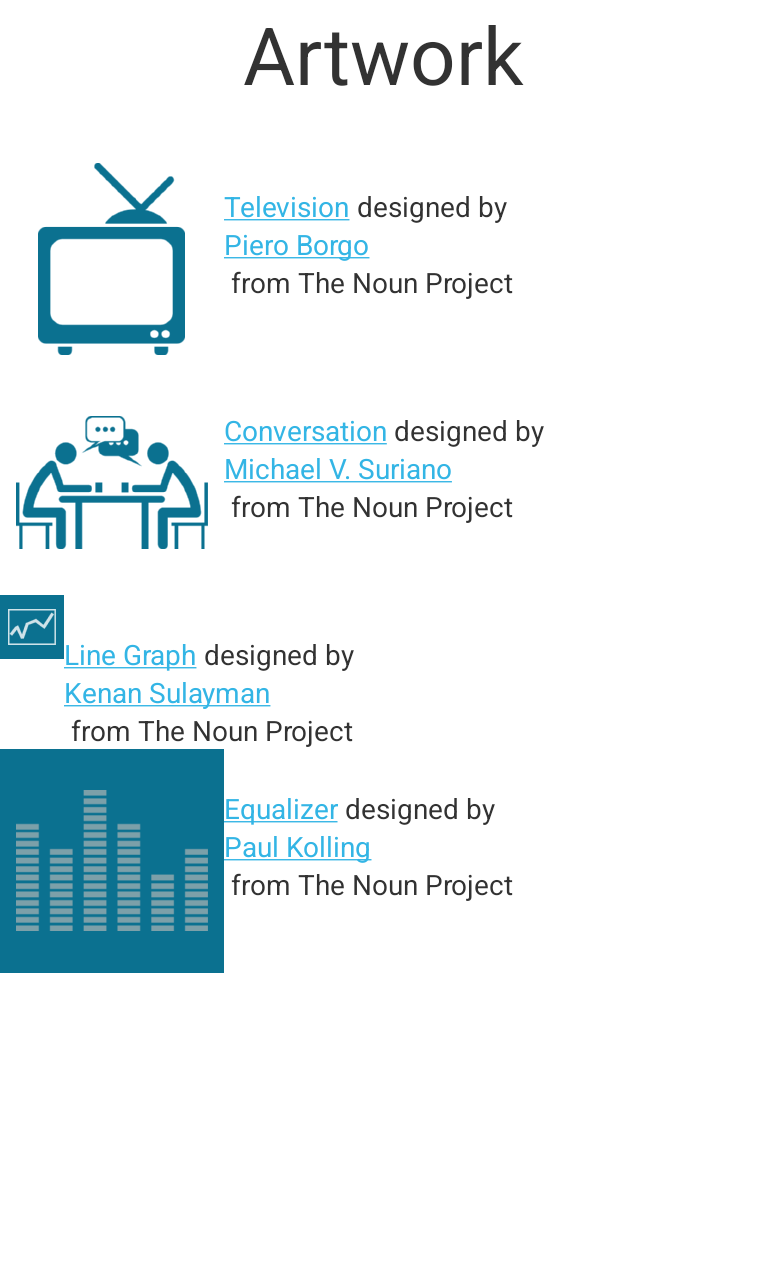
Repository: jmd33/capstone
Layout: Hearing Test/res/layout/artwork.xml
The author's editor kept a copy of each file at every save. The layout is drawn from the files as they stood at one save, then again after the next save.
It is drawn on a 768 x 1280 px phone screen (xhdpi) without system bars, with theme ThemeLight; the app's code is not run.

Above is the layout before, as saved 2013-05-21 00:57:40.

### Hearing Test/res/layout/artwork.xml
<?xml version="1.0" encoding="utf-8"?>
<LinearLayout xmlns:android="http://schemas.android.com/apk/res/android"
    android:layout_width="match_parent"
    android:layout_height="match_parent"
    android:orientation="vertical" >

    <ScrollView
        android:id="@+id/scrollView1"
        android:layout_width="match_parent"
        android:layout_height="wrap_content" >

        <LinearLayout
            android:layout_width="match_parent"
            android:layout_height="match_parent"
            android:orientation="vertical" >

            <TextView
                android:id="@+id/textView1"
                android:layout_width="wrap_content"
                android:layout_height="wrap_content"
                android:layout_gravity="center"
                android:layout_marginBottom="20dp"
                android:text="Artwork"
                android:textSize="40dp" />

            <LinearLayout
                android:layout_width="fill_parent"
                android:layout_height="wrap_content"
                android:orientation="horizontal" >

                <ImageView
                    android:id="@+id/iv_icon_1"
                    android:layout_width="wrap_content"
                    android:layout_height="wrap_content"
                    android:src="@drawable/ic_tv" />

                <LinearLayout
                    android:layout_width="wrap_content"
                    android:layout_height="wrap_content"
                    android:layout_marginTop="20dp"
                    android:orientation="vertical" >

                    <LinearLayout
                        android:layout_width="fill_parent"
                        android:layout_height="wrap_content"
                        android:orientation="horizontal" >

                        <TextView
                            android:id="@+id/tv_ic_tv_attr"
                            android:layout_width="wrap_content"
                            android:layout_height="wrap_content"
                            android:linksClickable="true"
                            android:text="@string/ic_tv_icon_link" />

                        <TextView
                            android:id="@+id/tv_ic_tv_attr2"
                            android:layout_width="wrap_content"
                            android:layout_height="wrap_content"
                            android:linksClickable="true"
                            android:text="@string/designed_by" />
                    </LinearLayout>

                    <LinearLayout
                        android:layout_width="fill_parent"
                        android:layout_height="wrap_content"
                        android:orientation="horizontal" >

                        <TextView
                            android:id="@+id/tv_ic_tv_attr3"
                            android:layout_width="wrap_content"
                            android:layout_height="wrap_content"
                            android:linksClickable="true"
                            android:text="@string/ic_tv_author_link" />
                    </LinearLayout>

                    <LinearLayout
                        android:layout_width="fill_parent"
                        android:layout_height="wrap_content"
                        android:orientation="horizontal" >

                        <TextView
                            android:id="@+id/tv_ic_tv_attr4"
                            android:layout_width="wrap_content"
                            android:layout_height="wrap_content"
                            android:linksClickable="true"
                            android:text="@string/tnp" />
                    </LinearLayout>
                </LinearLayout>
            </LinearLayout>

            <LinearLayout
                android:layout_width="fill_parent"
                android:layout_height="wrap_content"
                android:orientation="horizontal" >

                <ImageView
                    android:id="@+id/iv_icon_1"
                    android:layout_width="wrap_content"
                    android:layout_height="wrap_content"
                    android:src="@drawable/ic_conversation" />

                <LinearLayout
                    android:layout_width="wrap_content"
                    android:layout_height="wrap_content"
                    android:layout_marginTop="20dp"
                    android:orientation="vertical" >

                    <LinearLayout
                        android:layout_width="fill_parent"
                        android:layout_height="wrap_content"
                        android:orientation="horizontal" >

                        <TextView
                            android:id="@+id/tv_ic_conversation_attr"
                            android:layout_width="wrap_content"
                            android:layout_height="wrap_content"
                            android:linksClickable="true"
                            android:text="@string/ic_conversation_icon_link" />

                        <TextView
                            android:id="@+id/tv_ic_tv_attr2"
                            android:layout_width="wrap_content"
                            android:layout_height="wrap_content"
                            android:linksClickable="true"
                            android:text="@string/designed_by" />
                    </LinearLayout>

                    <LinearLayout
                        android:layout_width="fill_parent"
                        android:layout_height="wrap_content"
                        android:orientation="horizontal" >

                        <TextView
                            android:id="@+id/tv_ic_tv_attr3"
                            android:layout_width="wrap_content"
                            android:layout_height="wrap_content"
                            android:linksClickable="true"
                            android:text="@string/ic_conversation_author_link" />
                    </LinearLayout>

                    <LinearLayout
                        android:layout_width="fill_parent"
                        android:layout_height="wrap_content"
                        android:orientation="horizontal" >

                        <TextView
                            android:id="@+id/tv_ic_tv_attr4"
                            android:layout_width="wrap_content"
                            android:layout_height="wrap_content"
                            android:linksClickable="true"
                            android:text="@string/tnp" />
                    </LinearLayout>
                </LinearLayout>
            </LinearLayout>

            <LinearLayout
                android:layout_width="fill_parent"
                android:layout_height="wrap_content"
                android:orientation="horizontal" >

                <ImageView
                    android:id="@+id/iv_icon_1"
                    android:layout_width="wrap_content"
                    android:layout_height="wrap_content"
                    android:background="@color/dark_blue"
                    android:src="@drawable/ic_action_graph" />

                <LinearLayout
                    android:layout_width="wrap_content"
                    android:layout_height="wrap_content"
                    android:layout_marginTop="20dp"
                    android:orientation="vertical" >

                    <LinearLayout
                        android:layout_width="fill_parent"
                        android:layout_height="wrap_content"
                        android:orientation="horizontal" >

                        <TextView
                            android:id="@+id/tv_ic_linegraph_attr"
                            android:layout_width="wrap_content"
                            android:layout_height="wrap_content"
                            android:linksClickable="true"
                            android:text="@string/ic_linegraph_icon_link" />

                        <TextView
                            android:id="@+id/tv_ic_linegraph_attr2"
                            android:layout_width="wrap_content"
                            android:layout_height="wrap_content"
                            android:linksClickable="true"
                            android:text="@string/designed_by" />
                    </LinearLayout>

                    <LinearLayout
                        android:layout_width="fill_parent"
                        android:layout_height="wrap_content"
                        android:orientation="horizontal" >

                        <TextView
                            android:id="@+id/tv_ic_linegraph_attr3"
                            android:layout_width="wrap_content"
                            android:layout_height="wrap_content"
                            android:linksClickable="true"
                            android:text="@string/ic_linegraph_author_link" />
                    </LinearLayout>

                    <LinearLayout
                        android:layout_width="fill_parent"
                        android:layout_height="wrap_content"
                        android:orientation="horizontal" >

                        <TextView
                            android:id="@+id/tv_ic_tv_attr4"
                            android:layout_width="wrap_content"
                            android:layout_height="wrap_content"
                            android:linksClickable="true"
                            android:text="@string/tnp" />
                    </LinearLayout>
                </LinearLayout>
            </LinearLayout>

               <LinearLayout
                android:layout_width="fill_parent"
                android:layout_height="wrap_content"
                android:orientation="horizontal" >

                <ImageView
                    android:id="@+id/iv_icon_1"
                    android:layout_width="wrap_content"
                    android:layout_height="wrap_content"
                    android:background="@color/dark_blue"
                    android:src="@drawable/ic_eq" />

                <LinearLayout
                    android:layout_width="wrap_content"
                    android:layout_height="wrap_content"
                    android:layout_marginTop="20dp"
                    android:orientation="vertical" >

                    <LinearLayout
                        android:layout_width="fill_parent"
                        android:layout_height="wrap_content"
                        android:orientation="horizontal" >

                        <TextView
                            android:id="@+id/tv_ic_linegraph_attr"
                            android:layout_width="wrap_content"
                            android:layout_height="wrap_content"
                            android:linksClickable="true"
                            android:text="@string/ic_equalizer_icon_link" />

                        <TextView
                            android:id="@+id/tv_ic_equalizer_attr2"
                            android:layout_width="wrap_content"
                            android:layout_height="wrap_content"
                            android:linksClickable="true"
                            android:text="@string/designed_by" />
                    </LinearLayout>

                    <LinearLayout
                        android:layout_width="fill_parent"
                        android:layout_height="wrap_content"
                        android:orientation="horizontal" >

                        <TextView
                            android:id="@+id/tv_ic_equalizer_attr3"
                            android:layout_width="wrap_content"
                            android:layout_height="wrap_content"
                            android:linksClickable="true"
                            android:text="@string/ic_equalizer_author_link" />
                    </LinearLayout>

                    <LinearLayout
                        android:layout_width="fill_parent"
                        android:layout_height="wrap_content"
                        android:orientation="horizontal" >

                        <TextView
                            android:id="@+id/tv_ic_tv_attr4"
                            android:layout_width="wrap_content"
                            android:layout_height="wrap_content"
                            android:linksClickable="true"
                            android:text="@string/tnp" />
                    </LinearLayout>
                </LinearLayout>
            </LinearLayout>
            <!--  -->
        </LinearLayout>
    </ScrollView>

</LinearLayout>

### Hearing Test/res/values-v11/styles.xml
<resources xmlns:android="http://schemas.android.com/apk/res/android">

    <style name="ThemeLight" parent="android:Theme.Holo.Light">
        <item name="android:actionBarStyle">@style/MyActionBar</item>
    </style>

    <style name="MyActionBar" parent="@android:style/Widget.Holo.Light.ActionBar">
        <item name="android:background">@color/dark_blue</item>
        <item name="android:titleTextStyle">@style/ActionBar.TitleTextStyle</item>
    </style>

    <style name="ActionBar.TitleTextStyle" parent="android:style/TextAppearance.Holo.Widget.ActionBar.Title">
        <item name="android:textColor">@color/neutral</item>
    </style>

</resources>

### Hearing Test/res/values/colors.xml
<?xml version="1.0" encoding="utf-8"?>
<resources>

    <color name="dark_blue">#0B7190</color>
    <color name="light_blue">#7CA0A9</color>
    <color name="neutral">#E2E5E5</color>
    <color name="brown">#AB8B7C</color>
    <color name="red">#9D4F48</color>

</resources>

### Hearing Test/res/values/strings.xml
<resources>

    <string name="app_name">Hear Rite</string>
    <string name="welcome">Welcome to Hear Rite!</string>
    <string name="share_subject">Share!</string>
    <string name="share_text">share text</string>
    <string name="share_chooser_text">share chooser text</string>
    <!-- Legal -->
    <string name="terms_of_service">Terms of Service</string>
    <string name="privacy_policy">Privacy Policy</string>
    <string name="libraries">Libraries</string>
    <string name="artwork">Artwork</string>

    <!-- Attribution -->
    <string name="ic_tv_icon_link"><a href="http://thenounproject.com/noun/television/#icon-No2650">Television</a></string>
    <string name="ic_tv_author_link"><a href="http://thenounproject.com/pieroborgo">Piero Borgo</a></string>
    <string name="ic_conversation_icon_link"><a href="http://thenounproject.com/noun/conversation/#icon-No9490">Conversation</a></string>
    <string name="ic_conversation_author_link"><a href="http://thenounproject.com/mvsuriano">Michael V. Suriano</a></string>
    <string name="ic_symptom_icon_link"><a href="http://thenounproject.com/noun/symptom/#icon-No8150">Symptom</a></string>
    <string name="ic_symptom_author_link"><a href="http://thenounproject.com/lemonliu">Lemon Liu</a></string>
    <string name="ic_equalizer_icon_link"><a href="http://thenounproject.com/noun/equalizer/#icon-No9091">Equalizer</a></string>
    <string name="ic_equalizer_author_link"><a href="http://thenounproject.com/pirx">Paul Kolling</a></string>
    <string name="ic_linegraph_icon_link"><a href="http://thenounproject.com/noun/line-graph/#icon-No3519">Line Graph</a></string>
    <string name="ic_linegraph_author_link"><a href="http://thenounproject.com/KenanSulayman">Kenan Sulayman</a></string>


    <string name="ic__icon_link"><a href="http://thenounproject.com/noun/"></a></string>
    <string name="ic__author_link"><a href="http://thenounproject.com/"></a></string>



    <string name="designed_by">" designed by "</string>
    <string name="tnp">" from The Noun Project"</string>

    <string name="androidplot">AndroidPlot</string>
    <string name="android_plot_license">Copyright 2013 AndroidPlot.com Licensed under the Apache License, Version 2.0 (the "License"); you may not use this file except in compliance with the License. You may obtain a copy of the License at http://www.apache.org/licenses/LICENSE-2.0 Unless required by applicable law or agreed to in writing, software distributed under the License is distributed on an "AS IS" BASIS, WITHOUT WARRANTIES OR CONDITIONS OF ANY KIND, either express or implied. See the License for the specific language governing permissions and limitations under the License.</string>


    <string name="terms_of_service_content"><h2>	Web Site Terms and Conditions of Use</h2><h3>	1. Terms</h3><p>	By accessing this web site, you are agreeing to be bound by these
	web site Terms and Conditions of Use, all applicable laws and regulations,
	and agree that you are responsible for compliance with any applicable local
	laws. If you do not agree with any of these terms, you are prohibited from
	using or accessing this site. The materials contained in this web site are
	protected by applicable copyright and trade mark law.</p><h3>	2. Use License</h3></string>

    <!--
<ol>
	<li>
		Permission is granted to temporarily download one copy of the materials
		(information or software) on Hear Rite's web site for personal,
		non-commercial transitory viewing only. This is the grant of a license,
		not a transfer of title, and under this license you may not:

		<ul>
			<li>modify or copy the materials;</li>
			<li>use the materials for any commercial purpose, or for any public display (commercial or non-commercial);</li>
			<li>attempt to decompile or reverse engineer any software contained on Hear Rite's web site;</li>
			<li>remove any copyright or other proprietary notations from the materials; or</li>
			<li>transfer the materials to another person or "mirror" the materials on any other server.</li>
		</ul>
	</li>
	<li>
		This license shall automatically terminate if you violate any of these restrictions and may be terminated by Hear Rite at any time. Upon terminating your viewing of these materials or upon the termination of this license, you must destroy any downloaded materials in your possession whether in electronic or printed format.
	</li>
</ol>

<h3>
	3. Disclaimer
</h3>

<ol>
	<li>
		The materials on Hear Rite's web site are provided "as is". Hear Rite makes no warranties, expressed or implied, and hereby disclaims and negates all other warranties, including without limitation, implied warranties or conditions of merchantability, fitness for a particular purpose, or non-infringement of intellectual property or other violation of rights. Further, Hear Rite does not warrant or make any representations concerning the accuracy, likely results, or reliability of the use of the materials on its Internet web site or otherwise relating to such materials or on any sites linked to this site.
	</li>
</ol>

<h3>
	4. Limitations
</h3>

<p>
	In no event shall Hear Rite or its suppliers be liable for any damages (including, without limitation, damages for loss of data or profit, or due to business interruption,) arising out of the use or inability to use the materials on Hear Rite's Internet site, even if Hear Rite or a Hear Rite authorized representative has been notified orally or in writing of the possibility of such damage. Because some jurisdictions do not allow limitations on implied warranties, or limitations of liability for consequential or incidental damages, these limitations may not apply to you.
</p>

<h3>
	5. Revisions and Errata
</h3>

<p>
	The materials appearing on Hear Rite's web site could include technical, typographical, or photographic errors. Hear Rite does not warrant that any of the materials on its web site are accurate, complete, or current. Hear Rite may make changes to the materials contained on its web site at any time without notice. Hear Rite does not, however, make any commitment to update the materials.
</p>

<h3>
	6. Links
</h3>

<p>
	Hear Rite has not reviewed all of the sites linked to its Internet web site and is not responsible for the contents of any such linked site. The inclusion of any link does not imply endorsement by Hear Rite of the site. Use of any such linked web site is at the user's own risk.
</p>

<h3>
	7. Site Terms of Use Modifications
</h3>

<p>
	Hear Rite may revise these terms of use for its web site at any time without notice. By using this web site you are agreeing to be bound by the then current version of these Terms and Conditions of Use.
</p>

<h3>
	8. Governing Law
</h3>

<p>
	Any claim relating to Hear Rite's web site shall be governed by the laws of the State of Washington without regard to its conflict of law provisions.
</p>

<p>
	General Terms and Conditions applicable to Use of a Web Site.
</p>

</string>
    -->
    <string name="privacy_policy_content"><h2>	Privacy Policy</h2><p>	Your privacy is very important to us. Accordingly, we have developed this Policy in order for you to understand how we collect, use, communicate and disclose and make use of personal information. The following outlines our privacy policy.</p><ul><li>		Before or at the time of collecting personal information, we will identify the purposes for which information is being collected.</li><li>		We will collect and use of personal information solely with the objective of fulfilling those purposes specified by us and for other compatible purposes, unless we obtain the consent of the individual concerned or as required by law.		</li><li>		We will only retain personal information as long as necessary for the fulfillment of those purposes. </li><li>		We will collect personal information by lawful and fair means and, where appropriate, with the knowledge or consent of the individual concerned. </li><li>		Personal data should be relevant to the purposes for which it is to be used, and, to the extent necessary for those purposes, should be accurate, complete, and up-to-date. </li><li>		We will protect personal information by reasonable security safeguards against loss or theft, as well as unauthorized access, disclosure, copying, use or modification.</li><li>		We will make readily available to customers information about our policies and practices relating to the management of personal information. </li></ul><p>	We are committed to conducting our business in accordance with these principles in order to ensure that the confidentiality of personal information is protected and maintained. </p></string>

</resources>

Loaded but not shown: Hearing Test/res/values/styles.xml (common file)

After the next save:
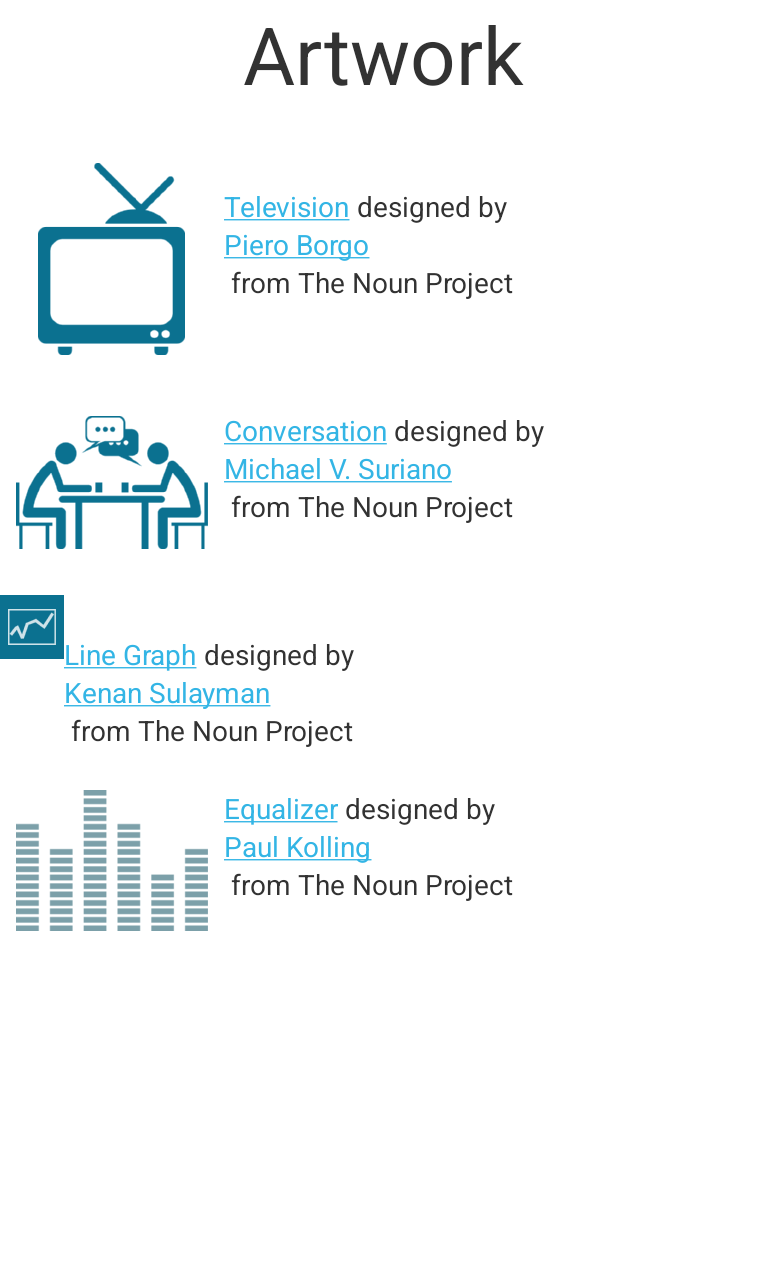
Saved 97 s later.
--- a/Hearing Test/res/layout/artwork.xml
+++ b/Hearing Test/res/layout/artwork.xml
@@ -228,7 +228,6 @@
                     android:id="@+id/iv_icon_1"
                     android:layout_width="wrap_content"
                     android:layout_height="wrap_content"
-                    android:background="@color/dark_blue"
                     android:src="@drawable/ic_eq" />
 
                 <LinearLayout
@@ -247,7 +246,8 @@
                             android:layout_width="wrap_content"
                             android:layout_height="wrap_content"
                             android:linksClickable="true"
-                            android:text="@string/ic_equalizer_icon_link" />
+                            android:text="@string/ic_equalizer_icon_link"
+                            />
 
                         <TextView
                             android:id="@+id/tv_ic_equalizer_attr2"
